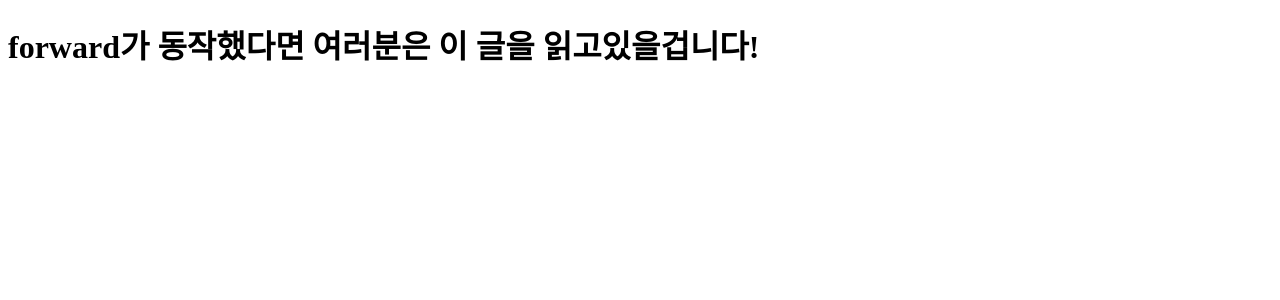
Repository: ajtwls1256/Web-workspace
Page: http://localhost/Day55-jspTag/actionTag/dst.jsp
The author's editor kept a copy of each file at every save. The page is drawn from the files as they stood at one save, then again after the next save.
The browser window is 1280 px wide. The pictures show the whole page.
The page is served by Tomcat 9.

Above is the page before, as saved 2019-10-14 01:11:02.

After the next save:
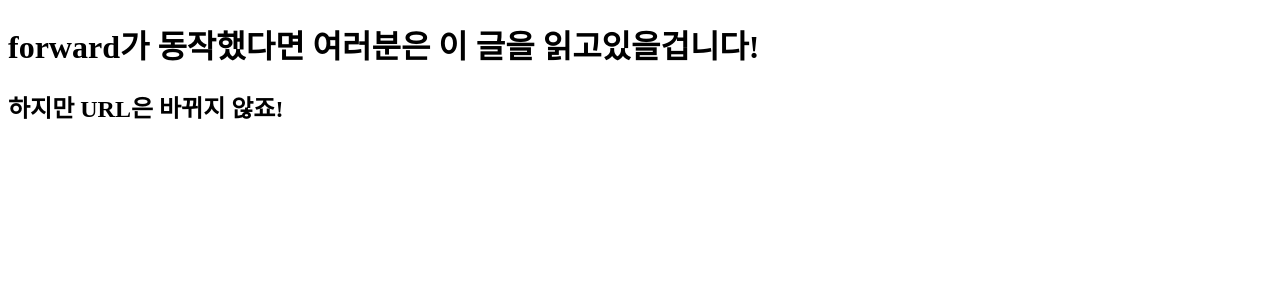
Saved 42 s later.
--- a/Day55-jspTag/WebContent/actionTag/dst.jsp
+++ b/Day55-jspTag/WebContent/actionTag/dst.jsp
@@ -8,6 +8,6 @@
 </head>
 <body>
 	<h1>forward가 동작했다면 여러분은 이 글을 읽고있을겁니다!</h1>
-
+	<h2>하지만 URL은 바뀌지 않죠!</h2>
 </body>
 </html>
